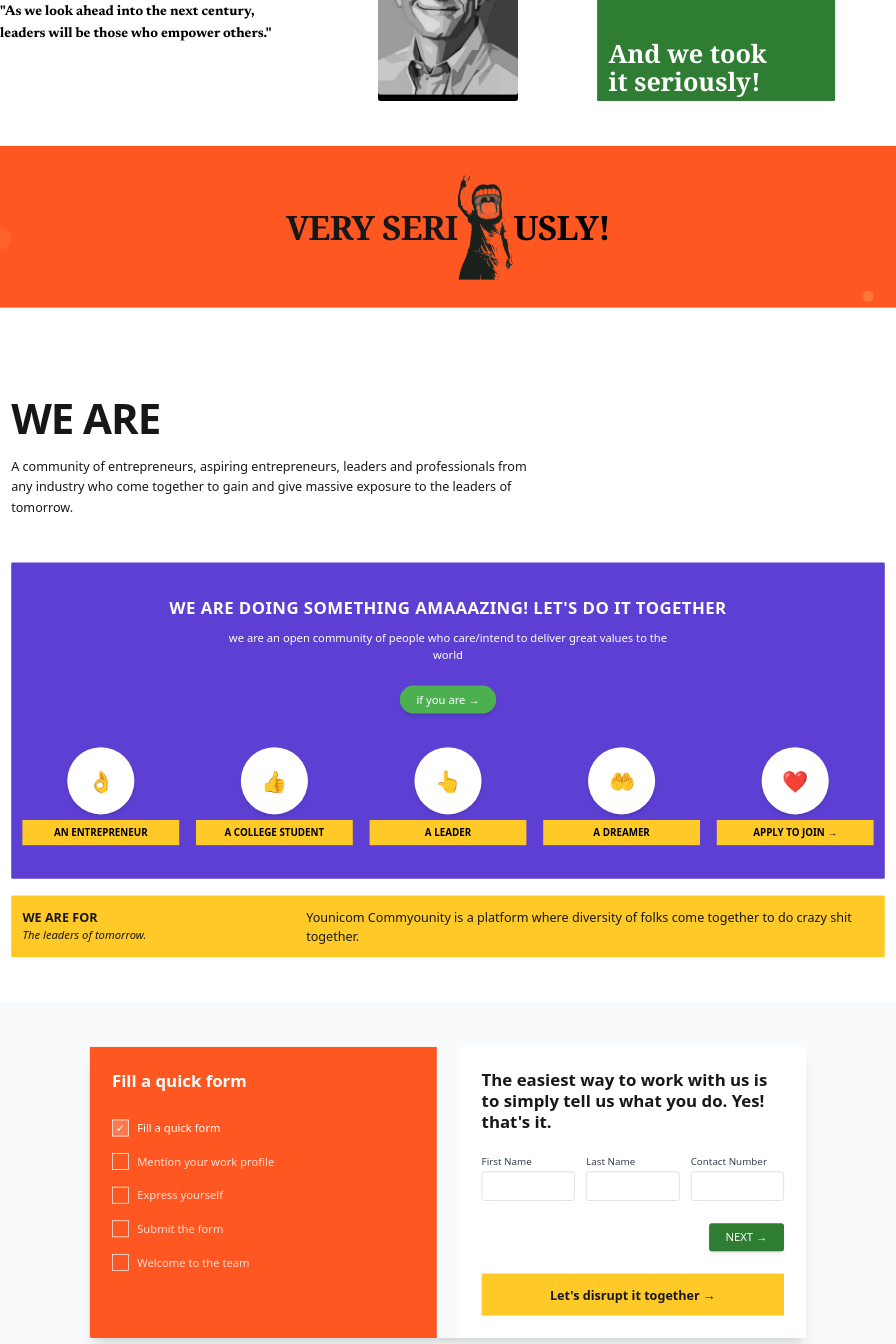
Repository: as-avni/dreamersite
Page: /
An editor plug-in stored every save of this project. The page is shown before and after a run of saves, followed by the edit.
The browser window is 1280 px wide. The pictures show the part of the page from y = 718 to 2638 px (the page is 2695 px tall before and 2733 px after), at 70% of full size.
Some web fonts or font styles are not loaded; a fallback is used. The project was rebuilt for these pictures with package versions that can differ from the ones it lists, and the page was loaded fresh each time. Some packages were replaced by stand-ins written for this rebuild. The framework's server and built-in components were replaced by stand-ins that run in the browser. Also part of the build but not shown: next.config.ts.

Above is the page before, as saved 2025-03-21 05:04:18.

### src/app/page.tsx
import Hero from "@/components/hero"
import MovingBanner from "@/components/banner"
import BillGatesSection from "@/components/bill-gates"
import AmazingSection from "@/components/amazing"
import QuickFormSection from "@/components/form"

export default function Home() {
  return (
    <main className="min-h-screen bg-white font-sans antialiased">
      <Hero />
      <MovingBanner />
      <BillGatesSection />
      <AmazingSection />
      <QuickFormSection />
    </main>
  )
}

### src/app/globals.css
@import url('https://fonts.googleapis.com/css2?family=Anek+Devanagari:wght@100..800&family=Khand:wght@300;400;500;600;700&family=Newsreader:ital,opsz,wght@0,6..72,200..800;1,6..72,200..800&family=Noto+Sans:ital,wght@0,100..900;1,100..900&family=Poppins:ital,wght@0,100;0,200;0,300;0,400;0,500;0,600;0,700;0,800;0,900;1,100;1,200;1,300;1,400;1,500;1,600;1,700;1,800;1,900&family=Rampart+One&display=swap');

@tailwind base;
@tailwind components;
@tailwind utilities;

:root {
  --background: #ffffff;
  --foreground: #171717;
}

@media (prefers-color-scheme: dark) {
  :root {
    --background: #0a0a0a;
    --foreground: #ededed;
  }
}

html,
body {
  max-width: 100vw;
  overflow-x: hidden;
}

body {
  color: var(--foreground);
  background: var(--background);
  font-family: Arial, Helvetica, sans-serif;
  -webkit-font-smoothing: antialiased;
  -moz-osx-font-smoothing: grayscale;
}

* {
  box-sizing: border-box;
  padding: 0;
  margin: 0;
}

a {
  color: inherit;
  text-decoration: none;
}

@media (prefers-color-scheme: dark) {
  html {
    color-scheme: dark;
  }
}

### src/components/hero.tsx
"use client"

import { motion } from "framer-motion"

export default function Hero() {
  return (
    <section className="relative flex flex-col items-center justify-center py-20 px-4 text-white text-center overflow-hidden bg-[url('/images/grid-bg.png')] bg-stretch">

      {/* Rotating Star Image */}
      <motion.img
        src="/images/Star.png"
        alt="Star"
        className="absolute w-20 h-20"
        style={{ top: "10%", left: "10%" }}
        // animate={{ rotate: 360 }}
        // transition={{ repeat: Infinity, duration: 10, ease: "linear" }}
      />

      {/* Static Image in a Div */}
      <div
        className="absolute w-60 h-60 bg-cover bg-center"
        style={{ top: "20%", right: "10%", backgroundImage: "url('/images/image.png')" }}
      ></div>

      <div className="relative max-w-3xl mx-auto w-full">
        <motion.h1
          className="text-5xl md:text-6xl lg:text-7xl font-newsreader font-bold mb-4 tracking-tight"
          initial={{ opacity: 0, y: 20 }}
          animate={{ opacity: 1, y: 0 }}
          transition={{ duration: 0.8 }}
        >
          A Comm<span className="text-[#1F8D42] [text-shadow:-1px_-1px_0_white,1px_-1px_0_white,-1px_1px_0_white,1px_1px_0_white]">you</span>nity of <br />
          <span className="font-rampartone text-[#FF8C5A]">Dreamers</span>
        </motion.h1>

        <motion.p
          className="text-3xl mb-8 font-bold font-newsreader"
          initial={{ opacity: 0, y: 20 }}
          animate={{ opacity: 1, y: 0 }}
          transition={{ duration: 0.8, delay: 0.2 }}
        >
          who come together to create a dent.
        </motion.p>

        <motion.div
          className="inline-flex items-center bg-white rounded-full px-2 py-1 text-black font-medium transition-all hover:bg-gray-50 shadow-[4px_4px_0px_black]"
          initial={{ opacity: 0, y: 20 }}
          animate={{ opacity: 1, y: 0 }}
          transition={{ duration: 0.8, delay: 0.4 }}
          whileHover={{ scale: 1.03 }}
        >
          <button className="bg-white text-black rounded-full px-6 py-4 font-medium transition-all hover:bg-gray-50">
            Apply to join the community
          </button>
          <span className="text-black bg-[#FFD54F] p-2 rounded-full font-medium ml-2 mr-2">2 mins</span>
        </motion.div>
      </div>
    </section>
  )
}

### src/components/banner.tsx
"use client"

import { useRef } from "react"

export default function MovingBanner() {
  const bannerItems = [
    "✦ Thriving community",
    "✦ Great Exposure",
    "✦ Amazing Networks",
    "✦ Create Values",
  ]

  return (
    <div className="bg-[#1B24FF] text-white py-3 overflow-hidden relative">
      <div className="flex whitespace-nowrap mx-auto w-max animate-scrollBanner">
        {/* Duplicate the items to ensure seamless looping */}
        {[...bannerItems,...bannerItems,...bannerItems].map((item, index) => (
          <span key={index} className="mx-4 text-3xl font-medium">
            {item}
          </span>
        ))}
      </div>

      {/* CSS Animation */}
      <style jsx>{`
        @keyframes scrollBanner {
          from {
            transform: translateX(0);
          }
          to {
            transform: translateX(-50%);
          }
        }

        .animate-scrollBanner {
          animation: scrollBanner 20s linear infinite;
        }
      `}</style>
    </div>
  )
}

### src/components/bill-gates.tsx
"use client"

import Image from "next/image"
import { motion } from "framer-motion"

export default function BillGatesSection() {
return (
    <section className=" py-16 px-4 md:px-0 lg:px-0 max-w-7xl mx-auto w-full">
        <div className="grid grid-cols-1 md:grid-cols-3 items-center">
            {/* Quote Text Section */}
            <motion.div
                className="col-span-1 flex flex-col justify-center"
                initial={{ opacity: 0, x: -20 }}
                whileInView={{ opacity: 1, x: 0 }}
                transition={{ duration: 0.6 }}
                viewport={{ once: true }}
            >
                <h2 className="px-0 text-4xl font-bold mb-4 text-black font-newsreader">Bill Gates Once said</h2>
                <p className="text-xl leading-relaxed font-bold text-black font-newsreader">
                &quot;As we look ahead into the next century, leaders will be those who empower others.&quot;
                </p>
            </motion.div>

            {/* Bill Gates Image */}
            <motion.div
                className="col-span-1 flex justify-center items-center"
                initial={{ opacity: 0, y: 20 }}
                whileInView={{ opacity: 1, y: 0 }}
                transition={{ duration: 0.6, delay: 0.2 }}
                viewport={{ once: true }}
            >
                <div className="relative w-[200px] h-[280px] bg-black rounded overflow-hidden">
                    <Image
                        src="/images/bill.jpg"
                        width={200}
                        height={200}
                        alt="Bill Gates"
                        className="rounded object-cover"
                    />
                </div>
            </motion.div>

            {/* Green Box Section */}
            <motion.div
                className="h-[280px] w-[340px] col-span-1 bg-[#2E7D32] flex flex-col p-6 text-white rounded-sm relative"
                initial={{ opacity: 0, x: 20 }}
                whileInView={{ opacity: 1, x: 0 }}
                transition={{ duration: 0.6, delay: 0.4 }}
                viewport={{ once: true }}>
                <p className="absolute bottom-12 left-4 text-4xl font-serif font-bold">
                    And we took
                </p>
                <p className="absolute bottom-2 left-4 text-4xl font-bold font-serif">
                    it seriously!
                </p>
            </motion.div>

        </div>

        {/* Orange Section */}
        <motion.div
            className="mt-16 bg-[#FF5722] py-10 px-4 flex items-center justify-center relative overflow-hidden"
            initial={{ opacity: 0, y: 20 }}
            whileInView={{ opacity: 1, y: 0 }}
            transition={{ duration: 0.6, delay: 0.6 }}
            viewport={{ once: true }}
        >
            <div className="flex items-center justify-center">
                <h2 className="text-4xl md:text-5xl font-black tracking-tight font-serif">VERY SERI</h2>
                <Image
                    src="/images/seriously.png"
                    width={80}
                    height={100}
                    alt="Serious Photo"
                    className="object-fill"
                />
                <h2 className="text-4xl md:text-5xl font-black tracking-tight font-serif text-black">USLY!</h2>
            </div>

            {/* Decorative elements */}
            <div className="absolute -left-4 top-1/2 w-8 h-8 bg-orange-400 rounded-full opacity-20"></div>
            <div className="absolute right-8 bottom-2 w-4 h-4 bg-orange-300 rounded-full opacity-30"></div>
        </motion.div>
    </section>
)
}

### src/components/amazing.tsx
"use client"

import { motion } from "framer-motion"

export default function AmazingSection() {
  const containerVariants = {
    hidden: { opacity: 0 },
    visible: {
      opacity: 1,
      transition: {
        staggerChildren: 0.1,
      },
    },
  }

  const itemVariants = {
    hidden: { opacity: 0, y: 20 },
    visible: { opacity: 1, y: 0 },
  }

  return (
    <section className="py-16">
      <div className="container mx-auto px-4">
        <motion.div
          className="mb-16"
          initial={{ opacity: 0, y: 20 }}
          whileInView={{ opacity: 1, y: 0 }}
          transition={{ duration: 0.6 }}
          viewport={{ once: true }}
        >
          <h2 className="text-6xl font-bold mb-6 tracking-tight">WE ARE</h2>
          <p className="text-lg max-w-3xl leading-relaxed">
            A community of entrepreneurs, aspiring entrepreneurs, leaders and professionals from any industry who come
            together to gain and give massive exposure to the leaders of tomorrow.
          </p>
        </motion.div>

        <div className="bg-[#5D3FD3] text-white py-12 px-4 text-center rounded-sm">
          <motion.h2
            className="text-2xl font-bold mb-4 uppercase tracking-wide"
            initial={{ opacity: 0, y: 20 }}
            whileInView={{ opacity: 1, y: 0 }}
            transition={{ duration: 0.6 }}
            viewport={{ once: true }}
          >
            We are doing something amaaazing! Let's do it together
          </motion.h2>

          <motion.p
            className="mb-8 max-w-2xl mx-auto"
            initial={{ opacity: 0, y: 20 }}
            whileInView={{ opacity: 1, y: 0 }}
            transition={{ duration: 0.6, delay: 0.2 }}
            viewport={{ once: true }}
          >
            we are an open community of people who care/intend to deliver great values to the world
          </motion.p>

          <motion.button
            className="bg-[#4CAF50] text-white px-6 py-2 rounded-full mb-12 shadow-md hover:bg-[#3d9c40] transition-all"
            initial={{ opacity: 0, y: 20 }}
            whileInView={{ opacity: 1, y: 0 }}
            transition={{ duration: 0.6, delay: 0.4 }}
            viewport={{ once: true }}
            whileHover={{ scale: 1.05 }}
            whileTap={{ scale: 0.95 }}
          >
            if you are →
          </motion.button>

          <motion.div
            className="grid grid-cols-1 md:grid-cols-5 gap-6"
            variants={containerVariants}
            initial="hidden"
            whileInView="visible"
            viewport={{ once: true }}
          >
            <CategoryCard icon="👌" title="AN ENTREPRENEUR" />
            <CategoryCard icon="👍" title="A COLLEGE STUDENT" />
            <CategoryCard icon="👆" title="A LEADER" />
            <CategoryCard icon="🤲" title="A DREAMER" />

            <motion.div className="flex flex-col items-center" variants={itemVariants}>
              <div className="w-24 h-24 rounded-full bg-white mb-2 flex items-center justify-center shadow-md">
                <span className="text-3xl">❤️</span>
              </div>
              <div className="bg-[#FFCA28] py-2 px-4 text-center w-full text-black font-medium hover:bg-[#FFB300] transition-colors cursor-pointer">
                <p className="font-bold text-sm">APPLY TO JOIN →</p>
              </div>
            </motion.div>
          </motion.div>
        </div>

        <motion.div
          className="mt-6 bg-[#FFCA28] p-4 rounded-sm"
          initial={{ opacity: 0, y: 20 }}
          whileInView={{ opacity: 1, y: 0 }}
          transition={{ duration: 0.6, delay: 0.8 }}
          viewport={{ once: true }}
        >
          <div className="flex flex-col md:flex-row">
            <div className="md:w-1/3 mb-4 md:mb-0">
              <h3 className="font-bold text-lg">WE ARE FOR</h3>
              <p className="italic font-medium">The leaders of tomorrow.</p>
            </div>
            <div className="md:w-2/3">
              <p className="text-lg">
                Younicom Commyounity is a platform where diversity of folks come together to do crazy shit together.
              </p>
            </div>
          </div>
        </motion.div>
      </div>
    </section>
  )
}

function CategoryCard({ icon, title }: { icon: string; title: string }) {
  const itemVariants = {
    hidden: { opacity: 0, y: 20 },
    visible: { opacity: 1, y: 0 },
  }

  return (
    <motion.div className="flex flex-col items-center" variants={itemVariants}>
      <motion.div
        className="w-24 h-24 rounded-full bg-white mb-2 flex items-center justify-center shadow-md"
        whileHover={{ scale: 1.05, boxShadow: "0 10px 25px -5px rgba(0, 0, 0, 0.1)" }}
      >
        <span className="text-3xl">{icon}</span>
      </motion.div>
      <div className="bg-[#FFCA28] py-2 px-4 text-center w-full text-black font-medium">
        <p className="font-bold text-sm">{title}</p>
      </div>
    </motion.div>
  )
}

### src/components/form.tsx
"use client"

import type React from "react"

import { useState } from "react"
import Link from "next/link"
import { motion } from "framer-motion"

export default function QuickFormSection() {
  const [formData, setFormData] = useState({
    firstName: "",
    lastName: "",
    contactNumber: "",
  })

  const [formStep, setFormStep] = useState(0)

  const handleChange = (e: React.ChangeEvent<HTMLInputElement>) => {
    const { name, value } = e.target
    setFormData((prev) => ({ ...prev, [name]: value }))
  }

  const handleSubmit = (e: React.FormEvent) => {
    e.preventDefault()
    setFormStep(1)
    console.log("Form submitted:", formData)
    // Handle form submission logic here
  }

  const containerVariants = {
    hidden: { opacity: 0 },
    visible: {
      opacity: 1,
      transition: {
        staggerChildren: 0.1,
      },
    },
  }

  const itemVariants = {
    hidden: { opacity: 0, y: 10 },
    visible: { opacity: 1, y: 0 },
  }

  return (
    <section className="py-16 px-4 bg-gray-50">
      <div className="container mx-auto max-w-5xl">
        <div className="grid grid-cols-1 md:grid-cols-2 gap-8 shadow-xl rounded-sm overflow-hidden">
          <motion.div
            className="bg-[#FF5722] text-white p-8"
            initial={{ opacity: 0, x: -20 }}
            whileInView={{ opacity: 1, x: 0 }}
            transition={{ duration: 0.6 }}
            viewport={{ once: true }}
          >
            <h2 className="text-2xl font-bold mb-10">Fill a quick form</h2>

            <motion.div
              className="space-y-6"
              variants={containerVariants}
              initial="hidden"
              whileInView="visible"
              viewport={{ once: true }}
            >
              <CheckItem text="Fill a quick form" active={true} />
              <CheckItem text="Mention your work profile" active={formStep >= 1} />
              <CheckItem text="Express yourself" active={formStep >= 1} />
              <CheckItem text="Submit the form" active={formStep >= 1} />
              <CheckItem text="Welcome to the team" active={formStep >= 1} />
            </motion.div>
          </motion.div>

          <motion.div
            className="bg-white p-8"
            initial={{ opacity: 0, x: 20 }}
            whileInView={{ opacity: 1, x: 0 }}
            transition={{ duration: 0.6 }}
            viewport={{ once: true }}
          >
            <h2 className="text-2xl font-bold mb-6 leading-tight">
              The easiest way to work with us is to simply tell us what you do. Yes! that's it.
            </h2>

            {formStep === 0 ? (
              <form onSubmit={handleSubmit} className="mt-8">
                <div className="grid grid-cols-1 md:grid-cols-3 gap-4 mb-4">
                  <div>
                    <label htmlFor="firstName" className="block text-sm font-medium text-gray-700 mb-1">
                      First Name
                    </label>
                    <input
                      type="text"
                      id="firstName"
                      name="firstName"
                      value={formData.firstName}
                      onChange={handleChange}
                      className="w-full p-2 border border-gray-300 rounded focus:ring-2 focus:ring-[#2E7D32] focus:border-transparent outline-none transition-all"
                      required
                    />
                  </div>

                  <div>
                    <label htmlFor="lastName" className="block text-sm font-medium text-gray-700 mb-1">
                      Last Name
                    </label>
                    <input
                      type="text"
                      id="lastName"
                      name="lastName"
                      value={formData.lastName}
                      onChange={handleChange}
                      className="w-full p-2 border border-gray-300 rounded focus:ring-2 focus:ring-[#2E7D32] focus:border-transparent outline-none transition-all"
                      required
                    />
                  </div>

                  <div>
                    <label htmlFor="contactNumber" className="block text-sm font-medium text-gray-700 mb-1">
                      Contact Number
                    </label>
                    <input
                      type="tel"
                      id="contactNumber"
                      name="contactNumber"
                      value={formData.contactNumber}
                      onChange={handleChange}
                      className="w-full p-2 border border-gray-300 rounded focus:ring-2 focus:ring-[#2E7D32] focus:border-transparent outline-none transition-all"
                      required
                    />
                  </div>
                </div>

                <div className="flex justify-end mt-8">
                  <motion.button
                    type="submit"
                    className="bg-[#2E7D32] text-white px-6 py-2 rounded shadow-md"
                    whileHover={{ scale: 1.05, backgroundColor: "#1B5E20" }}
                    whileTap={{ scale: 0.95 }}
                  >
                    NEXT →
                  </motion.button>
                </div>
              </form>
            ) : (
              <motion.div
                className="mt-8 text-center py-8"
                initial={{ opacity: 0 }}
                animate={{ opacity: 1 }}
                transition={{ duration: 0.6 }}
              >
                <h3 className="text-xl font-bold mb-4 text-[#2E7D32]">Thank you for your submission!</h3>
                <p className="mb-6">We'll be in touch with you shortly.</p>
                <button onClick={() => setFormStep(0)} className="text-[#2E7D32] underline">
                  Submit another response
                </button>
              </motion.div>
            )}

            <motion.div
              className="mt-8 bg-[#FFCA28] p-4 text-center rounded-sm"
              initial={{ opacity: 0, y: 20 }}
              whileInView={{ opacity: 1, y: 0 }}
              transition={{ duration: 0.6, delay: 0.4 }}
              viewport={{ once: true }}
              whileHover={{ scale: 1.02 }}
            >
              <Link href="#" className="font-bold text-lg inline-block">
                Let's disrupt it together →
              </Link>
            </motion.div>
          </motion.div>
        </div>
      </div>
    </section>
  )
}

function CheckItem({ text, active = false }: { text: string; active?: boolean }) {
  const itemVariants = {
    hidden: { opacity: 0, x: -10 },
    visible: { opacity: 1, x: 0 },
  }

  return (
    <motion.div className="flex items-center" variants={itemVariants}>
      <div
        className={`w-6 h-6 border border-white flex items-center justify-center mr-3 transition-all ${active ? "bg-white bg-opacity-20" : ""}`}
      >
        <span className="text-white">{active ? "✓" : ""}</span>
      </div>
      <p className={`font-medium transition-all ${active ? "text-white" : "text-white text-opacity-80"}`}>{text}</p>
    </motion.div>
  )
}

### tailwind.config.js
/** @type {import('tailwindcss').Config} */
module.exports = {
  content: [
    "./app/**/*.{js,ts,jsx,tsx,mdx}",
    "./pages/**/*.{js,ts,jsx,tsx,mdx}",
    "./components/**/*.{js,ts,jsx,tsx,mdx}",
    "./src/**/*.{js,ts,jsx,tsx,mdx}",
  ],
  theme: {
    extend: {
      fontFamily: {
        poppins: ['Poppins', 'sans-serif'],
        notosans: ['Noto Sans', 'sans-serif'],
        rampartone: ['Rampart One', 'cursive'],
        newsreader: ['Newsreader', 'serif'],
        pacifico: ['Pacifico', 'cursive'],
      },
    },
  },
  plugins: [],
}

Loaded but not shown: src/app/layout.tsx (common file)

After the next 2 saves:
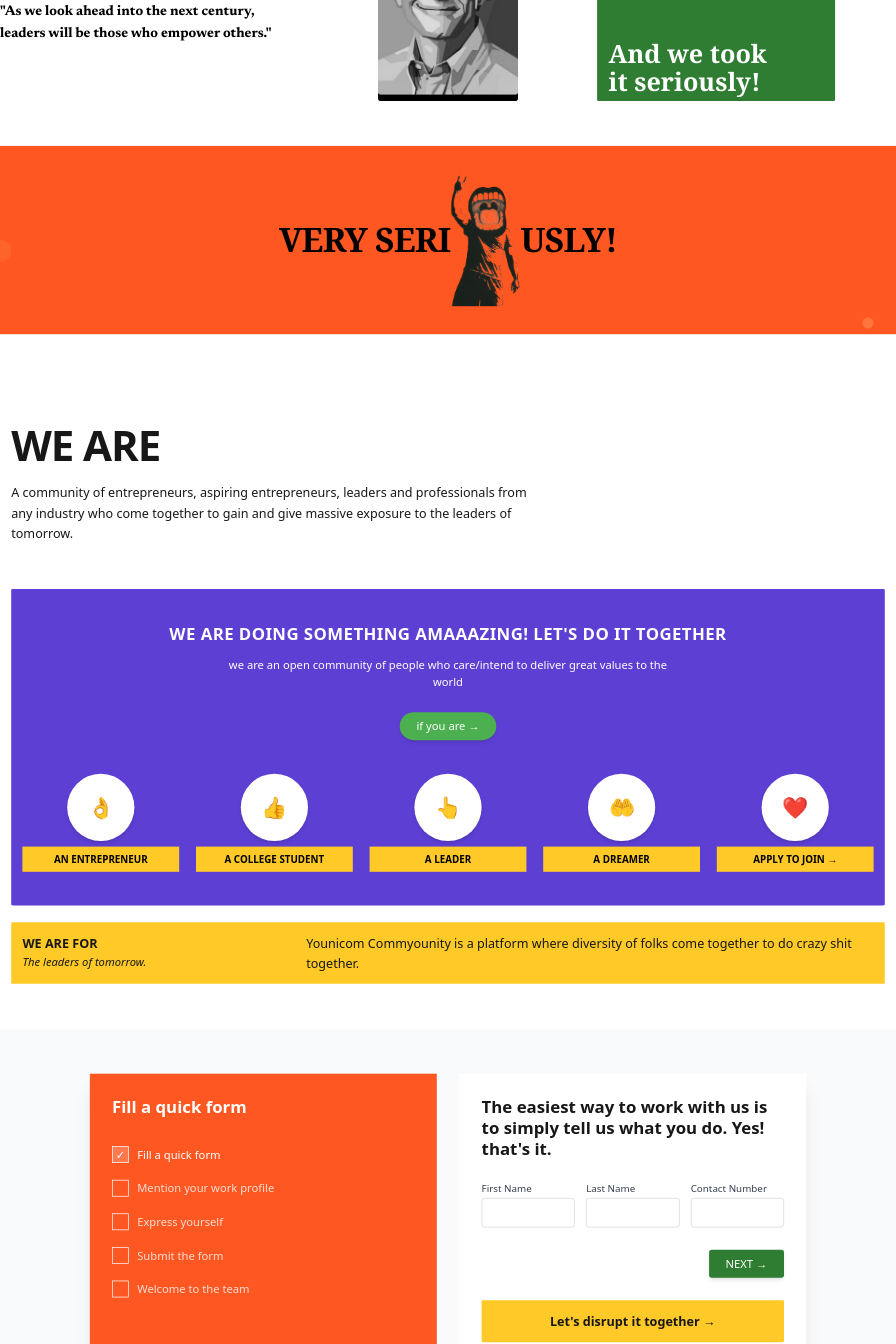
The 2 saves are shown as one change because they came seconds apart.
The last was saved 13 s later.
--- a/src/components/bill-gates.tsx
+++ b/src/components/bill-gates.tsx
@@ -66,10 +66,10 @@
             viewport={{ once: true }}
         >
             <div className="flex items-center justify-center">
-                <h2 className="text-4xl md:text-5xl font-black tracking-tight font-serif">VERY SERI</h2>
+                <h2 className="text-4xl md:text-5xl font-black tracking-tight font-serif text-black">VERY SERI</h2>
                 <Image
                     src="/images/seriously.png"
-                    width={80}
+                    width={100}
                     height={100}
                     alt="Serious Photo"
                     className="object-fill"
